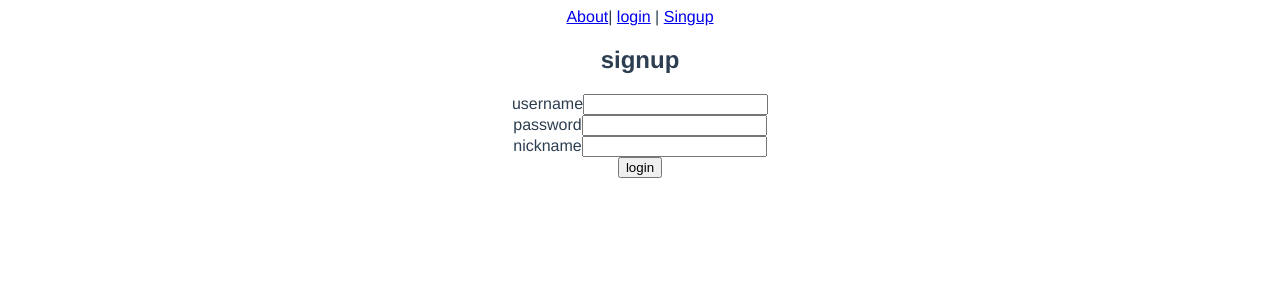
Repository: HeeJeong0718/captin
Page: /signup
The author's editor kept a copy of each file at every save. The page is drawn from the files as they stood at one save, then again after the next save.
The browser window is 1280 px wide. The pictures show the whole page.
The project was rebuilt for these pictures with package versions that can differ from the ones it lists, and the page was loaded fresh each time. Also part of the build but not shown: vue.config.js.

Above is the page before, as saved 2022-04-22 01:50:37.

### src/main.js
import Vue from 'vue'
import App from './App.vue'
import './registerServiceWorker'
import router from './router'
import store from './store'
import axios from 'axios'

Vue.config.productionTip = false
Vue.prototype.$http = axios
new Vue({
  router,
  store,
  render: h => h(App)
}).$mount('#app')

### src/App.vue
<template>
  <div id="app">
    <AppHeader/>
    <router-view/>
  </div>
</template>
<script>
import AppHeader from '@/components/AppHeader.vue';
export default {
  components:{
    AppHeader
  }
}

</script>
<style>
#app {
  font-family: Avenir, Helvetica, Arial, sans-serif;
  -webkit-font-smoothing: antialiased;
  -moz-osx-font-smoothing: grayscale;
  text-align: center;
  color: #2c3e50;
}

nav {
  padding: 30px;
}

nav a {
  font-weight: bold;
  color: #2c3e50;
}

nav a.router-link-exact-active {
  color: #42b983;
}
</style>

### src/router/index.js
import Vue from 'vue'
import VueRouter from 'vue-router'
//import HomeView from '../views/HomeView.vue'

Vue.use(VueRouter)

const routes = [

  {
    path: '/about',
    name: 'about',
    // route level code-splitting
    // this generates a separate chunk (about.[hash].js) for this route
    // which is lazy-loaded when the route is visited.
    component: () => import(/* webpackChunkName: "about" */ '../views/AboutView.vue')
  },
  {
    path: '/',
    name: 'login',
    // route level code-splitting
    // this generates a separate chunk (about.[hash].js) for this route
    // which is lazy-loaded when the route is visited.
    component: () => import(/* webpackChunkName: "about" */ '../views/LoginPage.vue')
  },
  {
    path: '/signup',
    name: 'signup',
    // route level code-splitting
    // this generates a separate chunk (about.[hash].js) for this route
    // which is lazy-loaded when the route is visited.
    component: () => import(/* webpackChunkName: "about" */ '../views/Signup.vue')
  },
  {
    path: '*',
    // route level code-splitting
    // this generates a separate chunk (about.[hash].js) for this route
    // which is lazy-loaded when the route is visited.
    component: () => import(/* webpackChunkName: "about" */ '../views/NotFoundPage.vue')
  }
]

const router = new VueRouter({
  mode: 'history',
  base: process.env.BASE_URL,
  routes
})

export default router

### src/components/AppHeader.vue
<template>
  <header>

      <router-link to="/about">About</router-link>|
      <router-link to="/">login</router-link> |
      <router-link to="/signup">Singup</router-link>
    </header>
</template>

<script>
export default {

}
</script>

<style>

</style>

### src/views/Signup.vue
<template>
  <div>
      <h2>signup</h2>
      <SignForm/>
  </div>
</template>

<script>
import SignForm from '@/components/SignForm.vue';
export default {
  components:{
      SignForm
  }
}
</script>

<style>

</style>

### src/components/SignForm.vue
<template>
  <form @submit.prevent="submitform"> <!--form태그에 submit이벤트가 위로 올라면서 이벤트가 실행된다  prevent 로 페이지가 다시 실행되는걸막는다-->
    <div>
      <label for="username">username</label>
      <input type="text" name="" id="username" v-model="username">
    </div>
    <div>
      <label for="password">password</label>
      <input type="text" name="" id="password" v-model="password">
    </div>
    <div>
      <label for="nickname">nickname</label>
      <input type="text" name="" id="nickname" v-model="nickname">
    </div>
    <button type="submit">login</button>
  </form>
</template>

<script>
export default {
  data(){
    return{  //inputbox 에 연결하기위해서 data생성 v-model로 연결해준다
      username:"",
      password:"",
      nickname:"",
    }
  },
  methods:{
    submitform(){
       alert("폼 제출!!");
       const baseUrl = '/api/get/demo';
       this.$http.get('http://localhost:3000/api/get/demo')
       .then((res) => {
         console.log("res"+ JSON.stringify(res));
       })

    }
  }

}
</script>

<style>

</style>

Loaded but not shown: public/index.html (common file); src/registerServiceWorker.js (common file); src/store/index.js (common file)

After the next save:
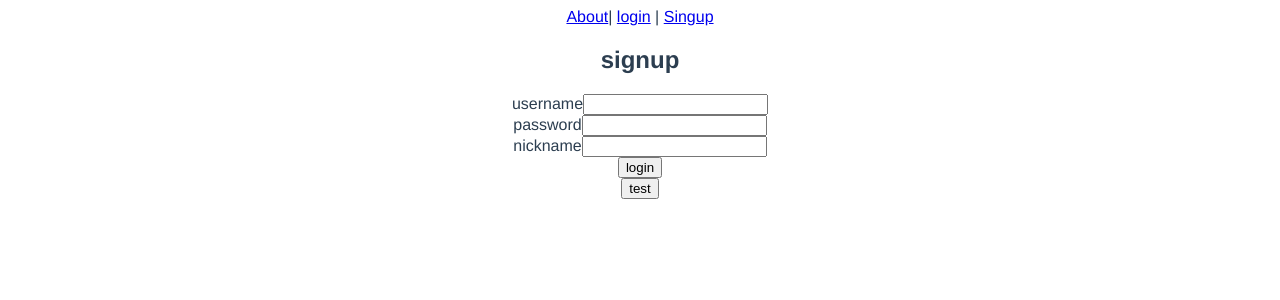
Saved 3 min 49 s later.
--- a/src/components/SignForm.vue
+++ b/src/components/SignForm.vue
@@ -13,10 +13,15 @@
       <input type="text" name="" id="nickname" v-model="nickname">
     </div>
     <button type="submit">login</button>
+     <div>
+    <button v-on:click="test">test</button>
+  </div>
   </form>
+
 </template>
 
 <script>
+import func from 'vue-editor-bridge'
 export default {
   data(){
     return{  //inputbox 에 연결하기위해서 data생성 v-model로 연결해준다
@@ -27,13 +32,14 @@ export default {
   },
   methods:{
     submitform(){
-       alert("폼 제출!!");
-       const baseUrl = '/api/get/demo';
+
+    },
+    text:function(){
+      alert("폼 제출!!");
        this.$http.get('http://localhost:3000/api/get/demo')
        .then((res) => {
          console.log("res"+ JSON.stringify(res));
        })
-
     }
   }
 
